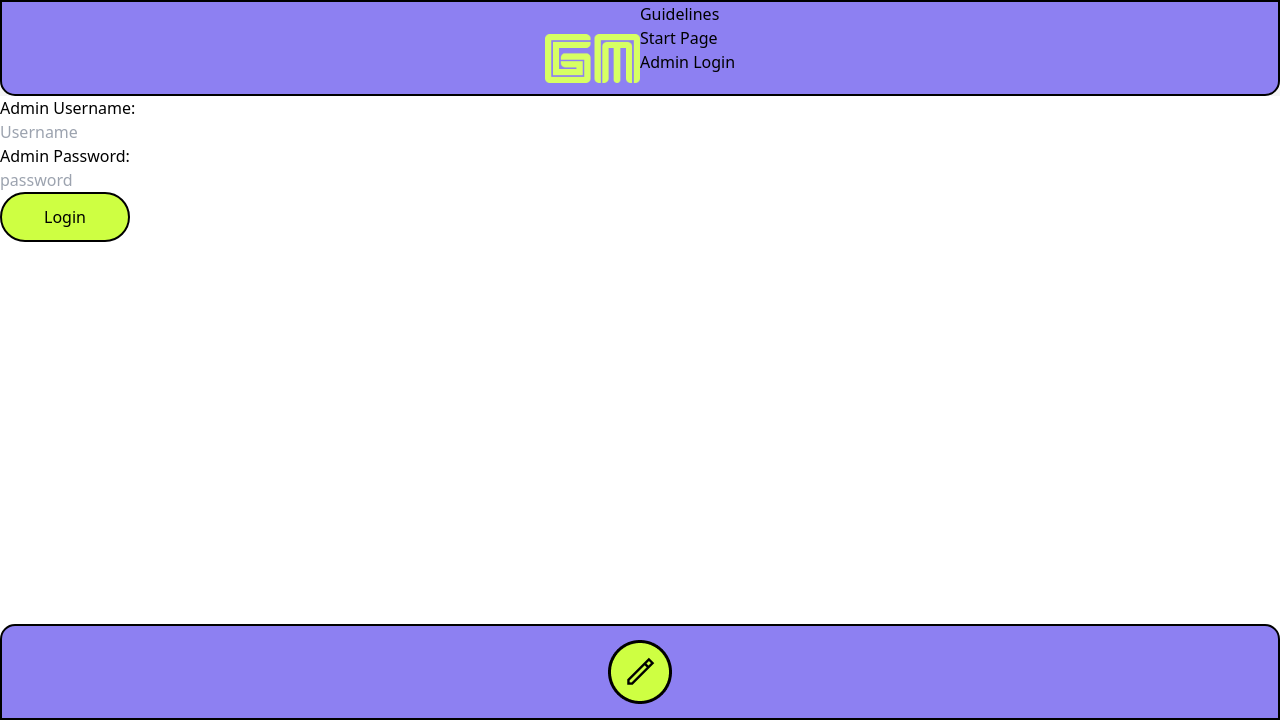
Repository: Yahya9102/Java22-ux22-Sideproject-main
Page: /adminLogin
An editor plug-in stored every save of this project. The page is shown before and after the next save, followed by the edit.
The browser window is 1280 px wide. The pictures show the whole page.
The project was rebuilt for these pictures with package versions that can differ from the ones it lists, and the page was loaded fresh each time. The framework's server and built-in components were replaced by stand-ins that run in the browser. Also part of the build but not shown: next.config.js.

Above is the page before, as saved 2023-05-04 13:55:38.

### pages/adminLogin.tsx
import { NextPage } from "next"
import Header from "@/p-components/header"
import AdminLogin from "@/p-components/AdminLogin"
import MainFooter from "@/p-components/MainFooter"
import { User } from "@/types/users"

const adminLogin: NextPage<User> = ({}) => {
  return (
    <div>
      <Header />
      <AdminLogin />
      <MainFooter />
    </div>
  )
}

export default adminLogin

### styles/globals.css
@tailwind base;
@tailwind components;
@tailwind utilities;

/* @import url("https://fonts.googleapis.com/css2?family=Space+Grotesk:wght@400;500;600;700&display=swap");
@import url("https://fonts.googleapis.com/css2?family=Space+Mono&display=swap");
@import url("https://fonts.googleapis.com/css2?family=Roboto+Condensed:wght@400;700&display=swap"); */

### p-components/header.tsx
import { NextPage } from "next"
import Image from "next/image"
import gmlogo from "/public/gmlogo.png"
import styles from "./styles/header.module.css"
import { useRouter } from "next/router"
import Link from "next/link"
import { useState } from "react"

const Header: NextPage = () => {
  const router = useRouter()

  const handleReturnToStartPage = () => {
    router.push("/startPage")
  }

  const [menuOpen, setMenuOpen] = useState(false)

  function handleMenuToggle() {
    setMenuOpen(!menuOpen)
  }

  return (
    <div className={styles.header_container}>
      <div className={styles.header_background}>
        <header className={styles.header_body}>
          <div className={styles.menu_icon}>
            <button type="button" onClick={handleMenuToggle}>
              <span className={styles.hamburger}></span>
              <span className={styles.hamburger}></span>
              <span className={styles.hamburger}></span>
            </button>
          </div>
          <div className={styles.menu_title}>
            <button type="button" onClick={handleReturnToStartPage}>
              <Image src={gmlogo} alt="Picture is unavailable" width={95} />
            </button>
          </div>
          <nav
            className={
              menuOpen
                ? `${styles.menu_links} ${styles.menu_open}`
                : styles.menu_links
            }
            onClick={handleMenuToggle}
          >
            <Link href="/">
              <p className={styles.menu_links_p}>Guidelines</p>
            </Link>
            <Link href="/startPage">
              <p className={styles.menu_links_p}>Start Page</p>
            </Link>
            <Link href="/adminLogin">
              <p className={styles.menu_links_p}> Admin Login</p>
            </Link>
          </nav>
        </header>
      </div>
    </div>
  )
}

export default Header

### p-components/AdminLogin.tsx
import { useState } from "react"
import styles from "p-components/styles/playerInfo.module.css"
import { NextPage } from "next"
import router from "next/router"
import style from "p-components/styles/adminLogin.module.css"

const AdminLogin: NextPage = () => {
  const ADMIN_USERNAME = process.env.NEXT_PUBLIC_ADMIN_USERNAME
  const ADMIN_PASSWORD = process.env.NEXT_PUBLIC_ADMIN_PASSWORD

  const [adminCredentials, setAdminCredentials] = useState({
    username: "",
    password: "",
  })

  const handleLoginClick = () => {
    if (
      adminCredentials.username === ADMIN_USERNAME &&
      adminCredentials.password === ADMIN_PASSWORD
    ) {
      router.push("/admin")
    } else {
      alert("Invalid admin username or password")
    }
  }

  return (
    <div>
      <fieldset>
        <label htmlFor="adminUsername">Admin Username:</label>
        <br />
        <input
          className={styles.input_fields}
          type="text"
          name="adminUsername"
          id="adminUsername"
          value={adminCredentials.username}
          onChange={(e) =>
            setAdminCredentials({
              ...adminCredentials,
              username: e.target.value,
            })
          }
          placeholder="Username"
        />
        <br />
        <label className={styles.label} htmlFor="adminPassword">
          Admin Password:
        </label>
        <br />
        <input
          className={styles.input_fields}
          type="password"
          name="adminPassword"
          id="adminPassword"
          value={adminCredentials.password}
          onChange={(e) =>
            setAdminCredentials({
              ...adminCredentials,
              password: e.target.value,
            })
          }
          placeholder="password"
        />
        <br />
        <button className={styles.createpost_button} onClick={handleLoginClick}>
          Login
        </button>
      </fieldset>
    </div>
  )
}

export default AdminLogin

### p-components/MainFooter.tsx
import React from "react"
import styles from "./styles/mainFooter.module.css"
import { useRouter } from "next/router"
import Image from "next/image"
import navbarImage from "../public/posticon.png"

function MainFooter() {
  const router = useRouter()

  const handleCreateButtonClick = () => {
    router.push("/createUser")
  }

  return (
    <div>
      <nav className={styles.main_footer}>
        <button type="submit" onClick={handleCreateButtonClick}>
          <Image
            src={navbarImage}
            alt=""
            width={64}
            height={64}
            className={styles.image_post}
          />
        </button>
      </nav>
    </div>
  )
}

export default MainFooter

### p-components/styles/header.module.css
.header_body {
  display: flex;
  justify-content: center;
  border: 2px solid black;
  min-height: 6rem;
  max-height: 6rem;
  border-radius: 0px 0px 15px 15px;
  background-color: rgba(141, 128, 242, 1);
}

.menu_title {
  padding-top: 2rem;
  /* background-color: aqua; */
}

.header_background {
  background-color: #f5f5f5;
}

### p-components/styles/playerInfo.module.css
/* Add a background color and border to the fieldset */

@import url("https://fonts.googleapis.com/css2?family=Space+Mono&display=swap");
@import url("https://fonts.googleapis.com/css2?family=Roboto+Condensed:wght@400;700&display=swap");

.fieldset_body {
  background: linear-gradient(to bottom, rgba(30, 30, 30, 1) 23%, #f9f9f9 20%);
  border: 3px solid rgb(23, 9, 9);
  border-radius: 10px;
  padding: 10px;
  margin: 5px;
}
/*
.table_button {
  background-color: #c1dff2;
  border-radius: 4px;
  padding: 5px 10px;
  margin-left: 75%;
}
*/

.user_location {
  font-size: 11px;
  font-weight: 400;
  font-family: "Space Grotesk";
  margin-bottom: 10%;
}

.tableHeader_PlayerInfo {
  font-family: "Space Grotesk";
  font-size: 17px;
  font-weight: 500;
  text-align: left;
  color: rgba(245, 245, 245, 1);
  padding-left: 5%;
}

/*
.table_button_wrapper {
  align-items: center;
  color: red;
}

.heartimage {
  background-image: none;
  width: 7%;
  margin-top: 4px;
}
*/
.playerInfo_h2 {
  font-family: "Space Grotesk";
  font-weight: 600;
  padding-left: 5%;
}

.playerInfo_h2_title {
  font-family: "Space Grotesk";
  font-weight: 700;
  font-size: 20px;
  padding-left: 5%;
}

.playerInfo_p {
  font-family: "Space Grotesk";
  font-size: 17px;
  font-weight: 400;
  padding-left: 5%;
}

.createpost_button {
  background-color: #ceff42;
  width: 130px;
  height: 50px;
  border-radius: 25px;
  border: solid 2px;
}

### p-components/styles/mainFooter.module.css
.main_footer {
  background-color: rgba(141, 128, 242, 1);
  height: 6rem;
  width: 100%;
  display: flex;
  border-radius: 15px 15px 0px 0px;
  border: 2px solid black;
  justify-content: center;
  position: fixed;
  bottom: 0;
}

### p-components/styles/adminLogin.module.css
.input_fields {
  border: solid 2px;

  border-radius: 10px;
  margin: 10px;
  font-family: "Space Grotesk";
  padding-left: 5px;
}

Loaded but not shown: pages/_app.tsx (common file); pages/_document.tsx (common file); tailwind.config.js (common file)

After the next save:
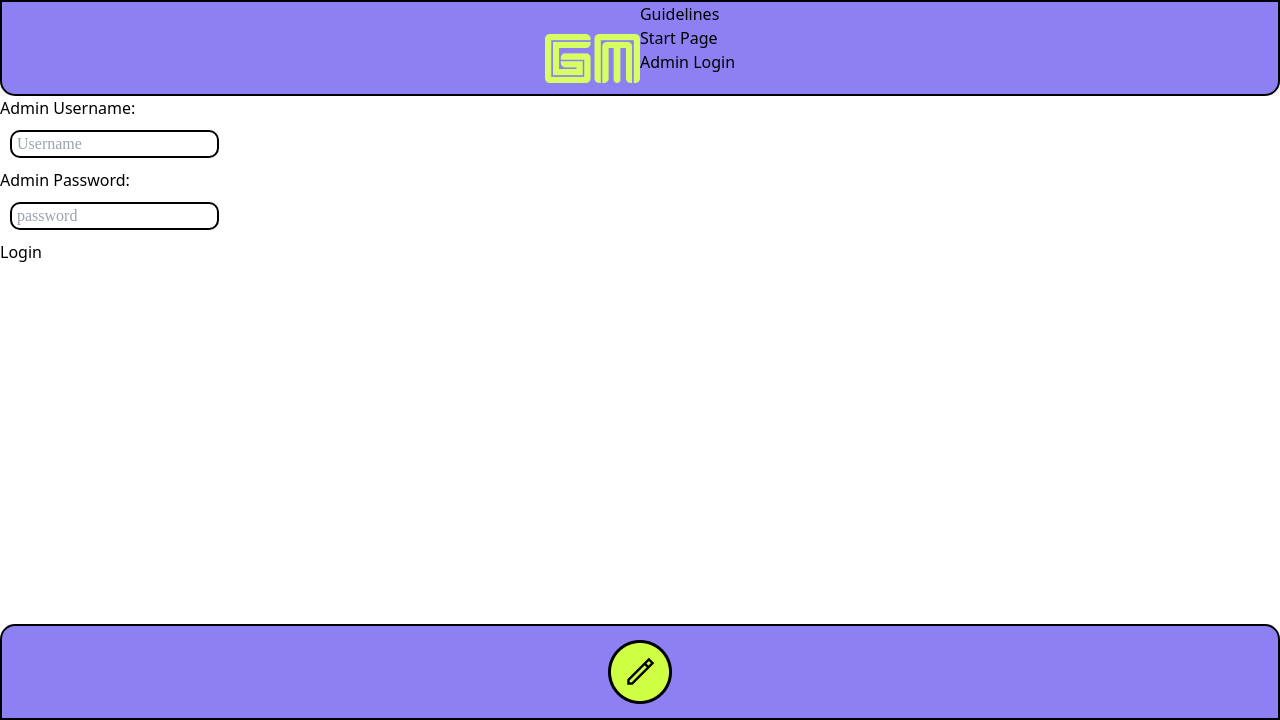
Saved 36 s later.
--- a/p-components/AdminLogin.tsx
+++ b/p-components/AdminLogin.tsx
@@ -1,8 +1,7 @@
 import { useState } from "react"
-import styles from "p-components/styles/playerInfo.module.css"
 import { NextPage } from "next"
 import router from "next/router"
-import style from "p-components/styles/adminLogin.module.css"
+import styles from "p-components/styles/adminLogin.module.css"
 
 const AdminLogin: NextPage = () => {
   const ADMIN_USERNAME = process.env.NEXT_PUBLIC_ADMIN_USERNAME
